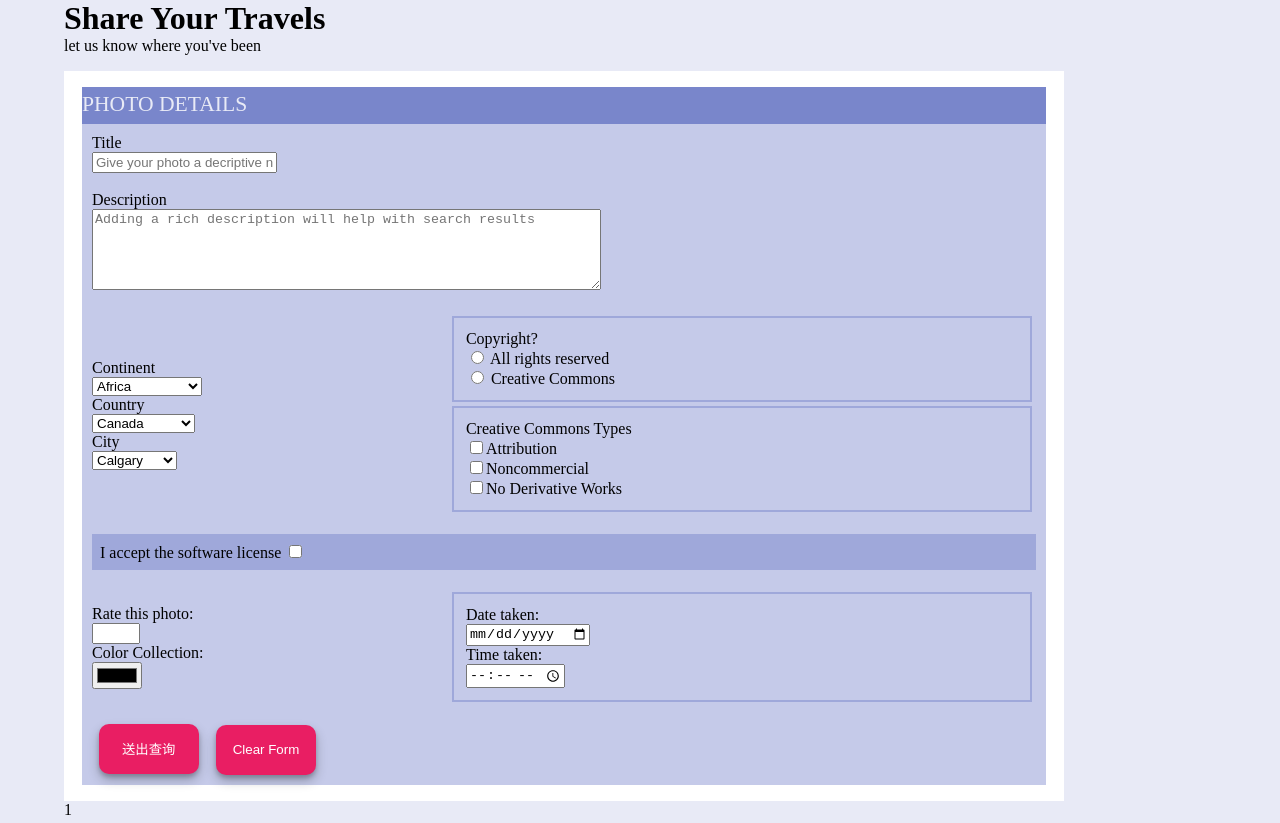
Repository: thomasTAT/UM
Page: cisc3003/CISC3003-EclipseWS-Practices-2023/CISC3003-Practice04-2023FEB17/public/cisc3003-practice04.html
These files come from the project's save history. The page is drawn as it stood at one moment and after the next save; the edit follows.
The browser window is 1280 px wide. The pictures show the whole page.

Above is the page before, as saved 2023-02-24 01:53:29.

After the next save:
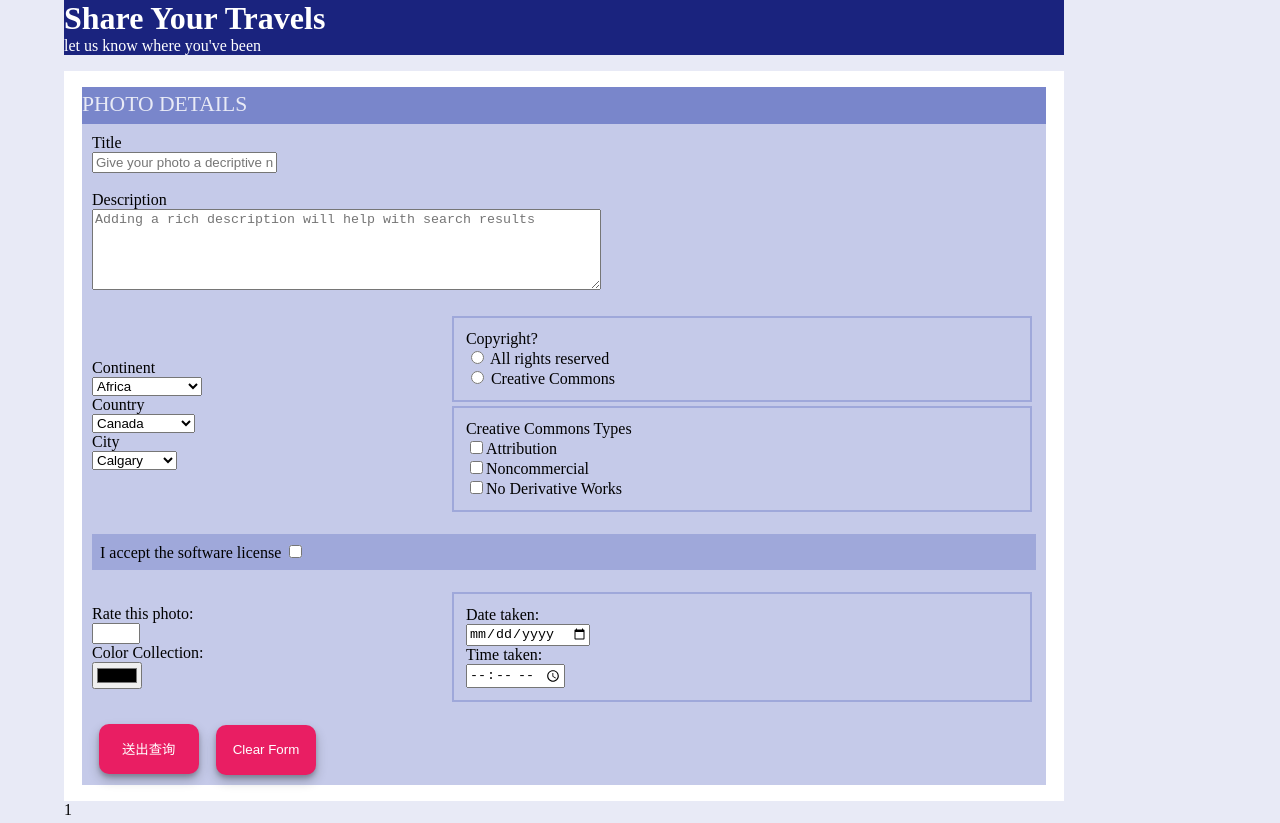
Saved 4 s later.
--- a/cisc3003/CISC3003-EclipseWS-Practices-2023/CISC3003-Practice04-2023FEB17/public/css/cisc3003-practice04.css
+++ b/cisc3003/CISC3003-EclipseWS-Practices-2023/CISC3003-Practice04-2023FEB17/public/css/cisc3003-practice04.css
@@ -1,4 +1,4 @@
-header footer {
+header  {
     background-color: #1a237e;
     color: white
 }
